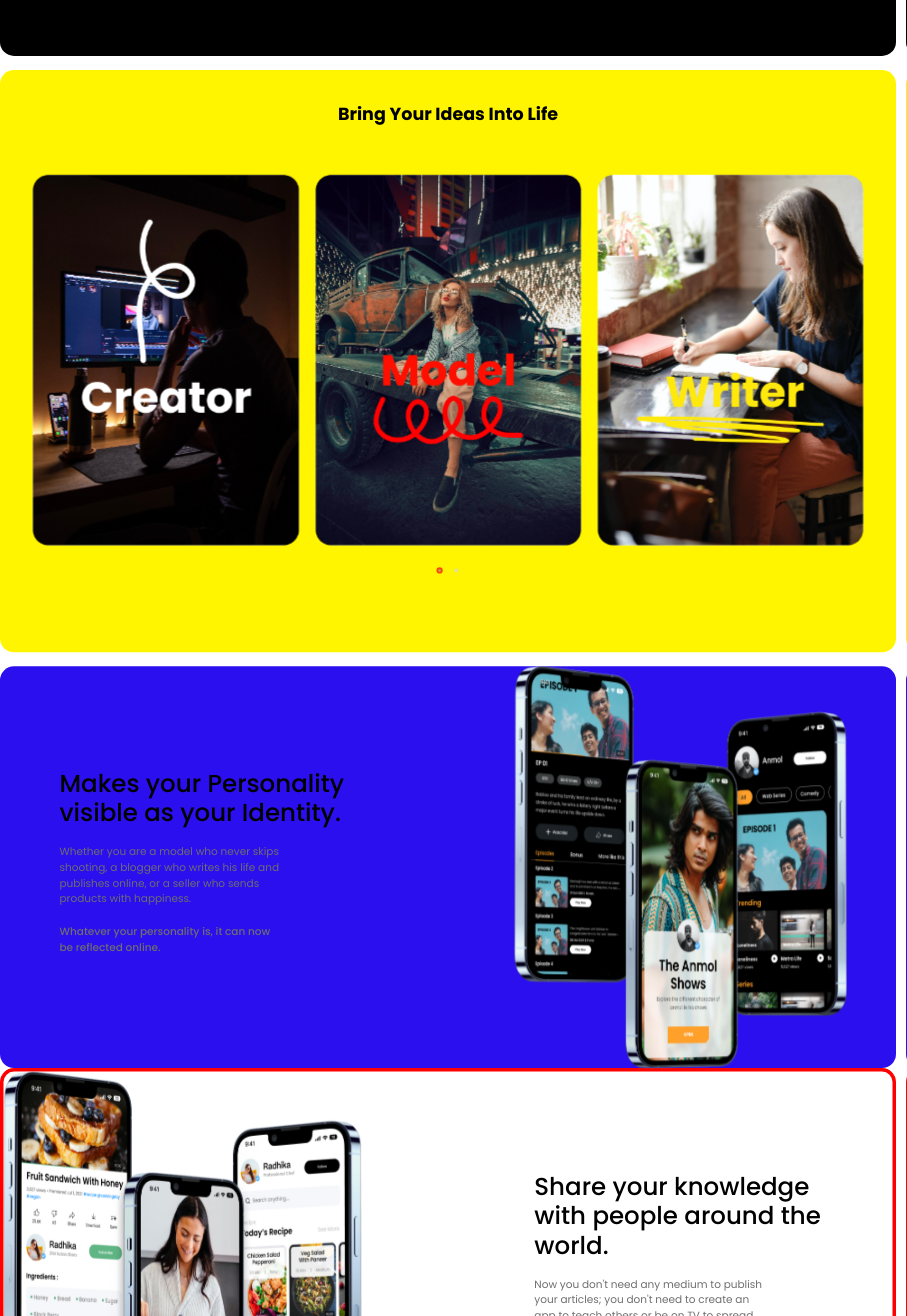
Repository: itsmesikandar/swavy.in.github.io
Page: index.html
The author's editor kept a copy of each file at every save. The page is drawn from the files as they stood at one save, then again after the next save.
The browser window is 1280 px wide. The page is 1295 px wide, so the pictures cover 1295 px, including what lies to the right of the window. The pictures show the part of the page from y = 1337 to 3217 px (the page is 4875 px tall before and 4796 px after), at 70% of full size.

Above is the page before, as saved 2023-02-22 23:54:46.
Console error: TypeError: Cannot read properties of undefined (reading 'fn')

### index.html
<!DOCTYPE html>
<html lang="en">
<head>
  <title>Swavy</title>

  <meta charset="UTF-8">
  <meta name="viewport" content="width=device-width, initial-scale=1.0">
  <meta http-equiv="X-UA-Compatible" content="ie=edge">
  <link rel="stylesheet" href="vendors/owl-carousel/css/owl.carousel.min.css">
  <link rel="stylesheet" href="vendors/owl-carousel/css/owl.theme.default.css">
  <link rel="stylesheet" href="vendors/mdi/css/materialdesignicons.min.css">
  <link rel="stylesheet" href="vendors/aos/css/aos.css">
  <link rel="stylesheet" href="css/style.min.css">
  <link rel="stylesheet" href="css/style.css">
  <link rel="stylesheet"
        href="https://cdnjs.cloudflare.com/ajax/libs/OwlCarousel2/2.3.4/assets/owl.carousel.min.css"
        integrity="sha512-tS3S5qG0BlhnQROyJXvNjeEM4UpMXHrQfTGmbQ1gKmelCxlSEBUaxhRBj/EFTzpbP4RVSrpEikbmdJobCvhE3g=="
        crossorigin="anonymous" />
  <link rel="stylesheet"
        href="https://cdnjs.cloudflare.com/ajax/libs/OwlCarousel2/2.3.4/assets/owl.theme.default.min.css"
        integrity="sha512-sMXtMNL1zRzolHYKEujM2AqCLUR9F2C4/05cdbxjjLSRvMQIciEPCQZo++nk7go3BtSuK9kfa/s+a4f4i5pLkw=="
        crossorigin="anonymous" />

</head>
<body id="body" data-spy="scroll" data-target=".navbar" data-offset="100">
  <header id="header-section">
    <nav class="navbar navbar-expand-lg pl-3 pl-sm-0 py-4" id="navbar">
    <div class="container">
      <div class="navbar-brand-wrapper d-flex ">
        <h4 style="color:rgb(253, 81, 1); font-size: 18px;">#NotJustSocialMedia</h4>
      </div>
    </div>
    </nav>
  </header>
  <div class="banner" >
    <div class="container-fluid">
      <h1 class="font-weight-semibold margin-top" id="ht">Discover<br>The Best Form Of Yourself</h1>
      <h5 class="font-weight-normal text-muted pb-3">Where humans create themselves, not Platform.</h5>
      <img src="images/hero-img.png" alt="" class="img-fluid">
    </div>
  </div>
      <div class="content-wrapper ">
        <div class="container-fluid">




          <section class="features-overview bg_color_first " id="features-section" >
            <!-- <div class="content-header">
              <h3><b>Bored seeing same profiles design?</b></h3>
              <h6 class="section-subtitle text-muted">Billions others too, What if i say<br>You can have your website as your social identity! for free.</h6>
            </div> -->

            <!-- <div class="contact-us" id="contact-section">
              <div class="container">
                <div class=" contact-upper" >
                  <div data-aos="fade-up">
                    <div class="col-12  offset-sm-3 col-sm-6 offset-sm-3 offset-lg-3 col-lg-6 offset-lg-3 ">
                      <form name="submit-to-google-sheet" id="myFormm">
                        <div class="">
                          <input type="email" placeholder="Enter your email address" />
                          <button type="submit" class="btn btn-danger r-20 font-weight-medium">Get Early Access</button>
                       </div>
                         <input type="email" name="Email" class="input-form-control r-20" id="Email" placeholder="Enter your email address">
                        <div class="pt-3">
                          <button type="submit" class="btn btn-danger r-20 font-weight-medium">Get Early Access</button>
                        </div>
                      </form>
                    </div>
                  </div>
                </div>
              </div>
            </div> -->

            <div class="content-header  ">
              <h4 class="section-subtitle color-white"><b>Where you can</b></h4>
              <h4 class="color-white"><b>Show what you are but better.</b></h4>
            </div>

            <div class="d-md-flex justify-content-between mx-5">
              <div class="grid-margin justify-content-center bg_color_white box-shadow-3d-a mx-5 px-2">
                <div class="features-width text-center py-3 pt-5">
                  <img src="images/nomore.png" width="100" height="100" alt="" class="img-icons">
                  <h5 class="py-3 font-weigh-sub">No More<br>Default Profiles</h5>
                  <p class="text-muted font-wt-p">Forget that default profile design that matches with Billions other!</p>
                </div>
              </div>
              <div class="grid-margin  justify-content-center bg_color_white box-shadow-3d-b mx-5 px-2">
                <div class="features-width text-center py-3 pt-5">
                  <img src="images/noplatform.jpg" width="100" height="100" alt="" class="img-icons">
                  <h5 class="py-3 font-weigh-sub">No Need Of<br>Different Platform</h5>
                  <p class="text-muted font-wt-p">Does platform limits you expression: some allows video, image or text only?
                  </p>
                </div>
              </div>
              <div class="grid-margin justify-content-center bg_color_white box-shadow-3d-c mx-5 px-2">
                <div class="features-width text-center py-3 pt-5">
                  <img src="images/tenent.png" width="100" height="100" alt="" class="img-icons">
                  <h5 class="py-3 font-weigh-sub">You No Need<br>To Live As Tenant</h5>
                  <p class="text-muted font-wt-p">Own your virtual identity, like you own your real life.~Web+Domain, for free.</p>
                </div>
              </div>
            </div>
          </section>


          <section class=" features-overview customer-feedback bg_color_second" id="feedback-section">
            <div class="row">
              <div class="col-12 text-center pb-5">

                <h4 class="section-subtitle mt-5"><b>Bring Your Ideas Into Life</b></h4>

              </div>

              <div class="col-12 pa-5">
                <div class="owl-carousel owl-theme grid-margin">
                  <div class="card customer-cards">
                    <img src="images/educator.png"  alt="" >
                  </div>
                  <div class="card customer-cards">
                    <img src="images/creator.png"  alt="" >
                  </div>
                  <div class="card customer-cards">
                    <img src="images/model.png"  alt="" >
                  </div>
                  <div class="card customer-cards">
                    <img src="images/writer.png"  alt="" >
                  </div>
                </div>
              </div>
            </div>
          </section>

          <section class="features-overview bg_color_third " id="features-section" >
            <div class="container">
              <div class="row align-items-center">
                <div class="col-12 col-lg-7 grid-margin grid-margin-lg-0 align-left" data-aos="fade-right">
                  <h2 class="m-0 ">Makes your Personality<br>visible as your Identity.</h2>
                  <div class="col-lg-7 col-xl-6 p-0">
                    <p class="py-4 m-0 text-muted">Whether you are a model who never skips shooting, a blogger who writes his life and publishes online, or a seller who sends products with happiness.</p>
                    <p class="font-weight-medium text-muted">Whatever your personality is, it can now be reflected online.</p>
                  </div>
                </div>
                <div class="col-12 col-lg-5 p-0 img-digital grid-margin grid-margin-lg-0" data-aos="fade-left">
                  <div class="carousel slide" data-ride="carousel">
                    <div class="carousel-inner">
                      <div class="carousel-item active">
                        <img src="images/vlog.png" alt="" class="img-fluid d-block w-100">
                      </div>
                      <div class="carousel-item ">
                        <img src="images/show.png" alt="" class="img-fluid d-block w-100">
                      </div>
                      <div class="carousel-item ">
                        <img src="images/podcast.png" alt="" class="img-fluid d-block w-100">
                      </div>
                      <div class="carousel-item ">
                        <img src="images/sell.png" alt="" class="img-fluid d-block w-100">
                      </div>
                    </div>
                  </div>
                </div>
              </div>
            </div>
          </section>


      <section class="digital-marketing-service bf_color_third border-to" id="digital-marketing-section">


        <div class="row align-items-center">
          <div class="col-12 col-lg-5 text-center flex-item grid-margin" data-aos="fade-right">
            <div class="carousel slide" data-ride="carousel">
              <div class="carousel-inner">
                <div class="carousel-item active">
                  <img src="images/class.png" alt="" class="img-fluid d-block w-100">
                </div>
                <div class="carousel-item ">
                  <img src="images/radhika.png" alt="" class="img-fluid d-block w-100">
                </div>
                <div class="carousel-item ">
                  <img src="images/news.png" alt="" class="img-fluid d-block w-100">
                </div>
              </div>
            </div>
          </div>
          <div class="col-12 offset-lg-2 col-lg-5 flex-item grid-margin align-left data-aos="fade-left">
            <h2 class="m-0 ">Share your knowledge<br> with people around the world.</h2>
            <div class="col-lg-9 col-xl-8 p-0">
              <p class="py-4 m-0 text-muted">Now you don't need any medium to publish your articles; you don't need to create an app to teach others or be on TV to spread your cooking skills.</p>
              <p class="pb-2 font-weight-medium text-muted">Just create, design and share with everyone, for free.</p>
            </div>
          </div>
        </div>
      </section>



      <section class="case-studies" id="case-studies-section">
        <div class="row ">
          <div class="col-12 text-center pb-5">
            <h2><b>Be the human that exist in real world.</b></h2>
          </div>
          <div class="col-12 col-md-6 col-lg-4 stretch-card mb-3 mb-lg-3" data-aos="zoom-in">
            <div class="card customer-cards">
              <div class="card-body">
                <div class="text-center">
                  <img src="images/ticket.png" width="100" height="100" alt="" class="img-customer">
                  <div class="content-divider m-auto"></div>
                  <h6 class="card-title pt-3">Get your tickets</h6>
                  <p class="m-0 py-3 text-muted">Get onboard and experience to own yourself on Internet. Either get an invite from friend or Join the waitlist to early access.</p>
                </div>
              </div>
            </div>
          </div>
          <div class="col-12 col-md-6 col-lg-4 stretch-card mb-3 mb-lg-3" data-aos="zoom-in" data-aos-delay="200">
            <div class="card customer-cards">
              <div class="card-body">
                <div class="text-center">
                  <img src="images/create.jpg" width="100" height="100" alt="" class="img-customer">
                  <div class="content-divider m-auto"></div>
                  <h6 class="card-title pt-3">Create yourself</h6>
                  <p class="m-0 py-3 text-muted">Describe your personality, Enter your content and get yourself an identity which is as unique as you out of Billions.</p>
                </div>
              </div>
            </div>
          </div>
          <div class="col-12 col-md-6 col-lg-4 stretch-card mb-3 mb-lg-3" data-aos="zoom-in" data-aos-delay="400">
            <div class="card customer-cards">
              <div class="card-body">
                <div class="text-center">
                  <img src="images/design.jpg" width="100" height="100" alt="" class="img-customer">
                  <div class="content-divider m-auto"></div>
                  <h6 class="card-title pt-3">Design your personality</h6>
                  <p class="m-0 py-3 text-muted">Find your style in our templates curate your content and done. If not satisfy can change font/size/color/layout as your wish.</p>
                </div>
              </div>
            </div>
          </div>
          <div class="col-12 col-md-6 col-lg-4 stretch-card mb-3 mb-lg-3" data-aos="zoom-in" data-aos-delay="600">
            <div class="card customer-cards">
              <div class="card-body">
                <div class="text-center">
                  <img src="images/own.jpg" width="100" height="100" alt="" class="img-customer">
                  <div class="content-divider m-auto"></div>
                  <h6 class="card-title pt-3">Own your identity</h6>
                  <p class="m-0 py-3 text-muted">Get your online presence in your hand, link it with domain, for free* and let yourself be discovered on the Internet.</p>
                </div>
              </div>
            </div>
          </div>
          <div class="col-12 col-md-6 col-lg-4 stretch-card mb-3 mb-lg-3" data-aos="zoom-in" data-aos-delay="400">
            <div class="card customer-cards">
              <div class="card-body">
                <div class="text-center">
                  <img src="images/friends.jpg" width="100" height="100" alt="" class="img-customer">
                  <div class="content-divider m-auto"></div>
                  <h6 class="card-title pt-3">Meet your friends</h6>
                  <p class="m-0 py-3 text-muted">Where you are not just a profile but individual. Who can chat and stay in touch with your friends while being what you are and what you think.</p>
                </div>
              </div>
            </div>
          </div>
          <div class="col-12 col-md-6 col-lg-4 stretch-card mb-3 mb-lg-3" data-aos="zoom-in" data-aos-delay="600">
            <div class="card customer-cards">
              <div class="card-body">
                <div class="text-center">
                  <img src="images/goalive.png" width="100" height="100" alt="" class="img-customer">
                  <div class="content-divider m-auto"></div>
                  <h6 class="card-title pt-3">No profiles just you!</h6>
                  <p class="m-0 py-3 text-muted">Whether a writer or a model, now you have your own ground which you created - a Website. Just share with your friends and play together in the world you own.</p>
                </div>
              </div>
            </div>
          </div>
        </div>
      </section>
    </div>

    <section class="contact-us" id="contact-section">
      <div class="container">
        <div class="contact-us-bgimage grid-margin " >
          <div class="pb-4">
            <h3 class="px-3 px-md-0 m-0 fw" data-aos="fade-down">Invited Members Can Only Access!<br>Join Our Waitlist.</h3>
          </div>
          <div data-aos="fade-up">
            <div class="col-12  offset-sm-3 col-sm-6 offset-sm-3 offset-lg-4 col-lg-4 offset-lg-4 ">
              <form name="submit-to-google-sheet" id="myForm">
                <input type="email" name="Email" class="input-form-control r-20" id="Email" placeholder="Email id">
                <div class="pt-3">
                  <button type="submit" class="btn btn-danger font-weight-medium r-20">Get Early Access</button>
                </div>
              </form>
            </div>
          </div>
        </div>
      </div>
    </section>
  </div>

  <script>
       !function(){var analytics=window.analytics=window.analytics||[];if(!analytics.initialize)if(analytics.invoked)window.console&&console.error&&console.error("Segment snippet included twice.");else{analytics.invoked=!0;analytics.methods=["trackSubmit","trackClick","trackLink","trackForm","pageview","identify","reset","group","track","ready","alias","debug","page","once","off","on","addSourceMiddleware","addIntegrationMiddleware","setAnonymousId","addDestinationMiddleware"];analytics.factory=function(e){return function(){var t=Array.prototype.slice.call(arguments);t.unshift(e);analytics.push(t);return analytics}};for(var e=0;e<analytics.methods.length;e++){var key=analytics.methods[e];analytics[key]=analytics.factory(key)}analytics.load=function(key,e){var t=document.createElement("script");t.type="text/javascript";t.async=!0;t.src="https://cdn.segment.com/analytics.js/v1/" + key + "/analytics.min.js";var n=document.getElementsByTagName("script")[0];n.parentNode.insertBefore(t,n);analytics._loadOptions=e};analytics._writeKey="sy1jEkZRdvqaCf5dOWhj4yyXbsgHlnL4";;analytics.SNIPPET_VERSION="4.15.3";
        analytics.load("sy1jEkZRdvqaCf5dOWhj4yyXbsgHlnL4");
        analytics.page();
        }}();


    const scriptURL = 'https://script.google.com/macros/s/AKfycbxXpgQgQMZqhFNl4IiDehqWTr5-PkKsvUA7oIWJAg1q1VEVA7wHIRvszY07XR8cTBPduQ/exec'
    const form = document.forms['submit-to-google-sheet']
    //const formm = document.forms['submit-to-google-sheet']
    const fr = document.getElementById("myForm")
    //const frr = document.getElementById("myFormm")

    // formm.addEventListener('submit', e => {
    //   e.preventDefault()
    //   fetch(scriptURL, { method: 'POST', body: new FormData(formm)})
    //     .then(response =>
    //     frr.reset())
    //     .catch(error => console.error('Error###', error.message))
    // })

    form.addEventListener('submit', e => {
      e.preventDefault()
      fetch(scriptURL, { method: 'POST', body: new FormData(form)})
        .then(response =>
        fr.reset())
        .catch(error => console.error('Error!!!!!!', error.message))
    })

  </script>
  <script src="https://cdnjs.cloudflare.com/ajax/libs/OwlCarousel2/2.3.4/owl.carousel.min.js"
  integrity="sha512-bPs7Ae6pVvhOSiIcyUClR7/q2OAsRiovw4vAkX+zJbw3ShAeeqezq50RIIcIURq7Oa20rW2n2q+fyXBNcU9lrw=="
  crossorigin="anonymous"></script>
  <script src="vendors/jquery/jquery.min.js"></script>
  <script src="vendors/bootstrap/bootstrap.min.js"></script>
  <script src="vendors/owl-carousel/js/owl.carousel.min.js"></script>
  <script src="vendors/aos/js/aos.js"></script>
  <script src="js/landingpage.js"></script>
</body>
</html>

### js/landingpage.js
// HEADER ANIMATION
window.onscroll = function() {scrollFunction()};
var element = document.getElementById("body");
function scrollFunction() {
  if (document.body.scrollTop > 400 || document.documentElement.scrollTop > 400) {
      $(".navbar").addClass("fixed-top");
      element.classList.add("header-small");
      $("body").addClass("body-top-padding");

  } else {
      $(".navbar").removeClass("fixed-top");
      element.classList.remove("header-small");
      $("body").removeClass("body-top-padding");
  }
}

// OWL-CAROUSAL
$('.owl-carousel').owlCarousel({
    items: 3,
    loop:true,
    nav:false,
    dot:true,
    autoplay: true,
    slideTransition: 'linear',
    autoplayHoverPause: true,
    responsive:{
      0:{
          items:1
      },
      600:{
          items:2
      },
      1000:{
          items:3
      }
  }
})

// SCROLLSPY
$(document).ready(function() {
  $(".nav-link").click(function() {
      var t = $(this).attr("href");
      $("html, body").animate({
          scrollTop: $(t).offset().top - 75
      }, {
          duration: 1000,
      });
      $('body').scrollspy({ target: '.navbar',offset: $(t).offset().top });
      return false;
  });

});

// AOS
AOS.init({
    offset: 120,
    delay: 0,
    duration: 1200,
    easing: 'ease',
    once: true,
    mirror: false,
    anchorPlacement: 'top-bottom',
    disable: "mobile"
  });

//SIDEBAR-OPEN
  $('#navbarSupportedContent').on('hidden.bs.collapse', function () {
    $("body").removeClass("sidebar-open");
  })

  $('#navbarSupportedContent').on('shown.bs.collapse', function () {
    $("body").addClass("sidebar-open");
  })


  window.onresize = function() {
    var w = window.innerWidth;
    if(w>=992) {
      $('body').removeClass('sidebar-open');
      $('#navbarSupportedContent').removeClass('show');
    }
  }

Loaded but not shown: vendors/owl-carousel/css/owl.carousel.min.css (library); vendors/owl-carousel/css/owl.theme.default.css (common file); vendors/mdi/css/materialdesignicons.min.css (library); vendors/aos/css/aos.css (library); css/style.min.css (library); css/style.css (library); vendors/jquery/jquery.min.js (library); vendors/bootstrap/bootstrap.min.js (library); vendors/owl-carousel/js/owl.carousel.min.js (library); vendors/aos/js/aos.js (library)

After the next save:
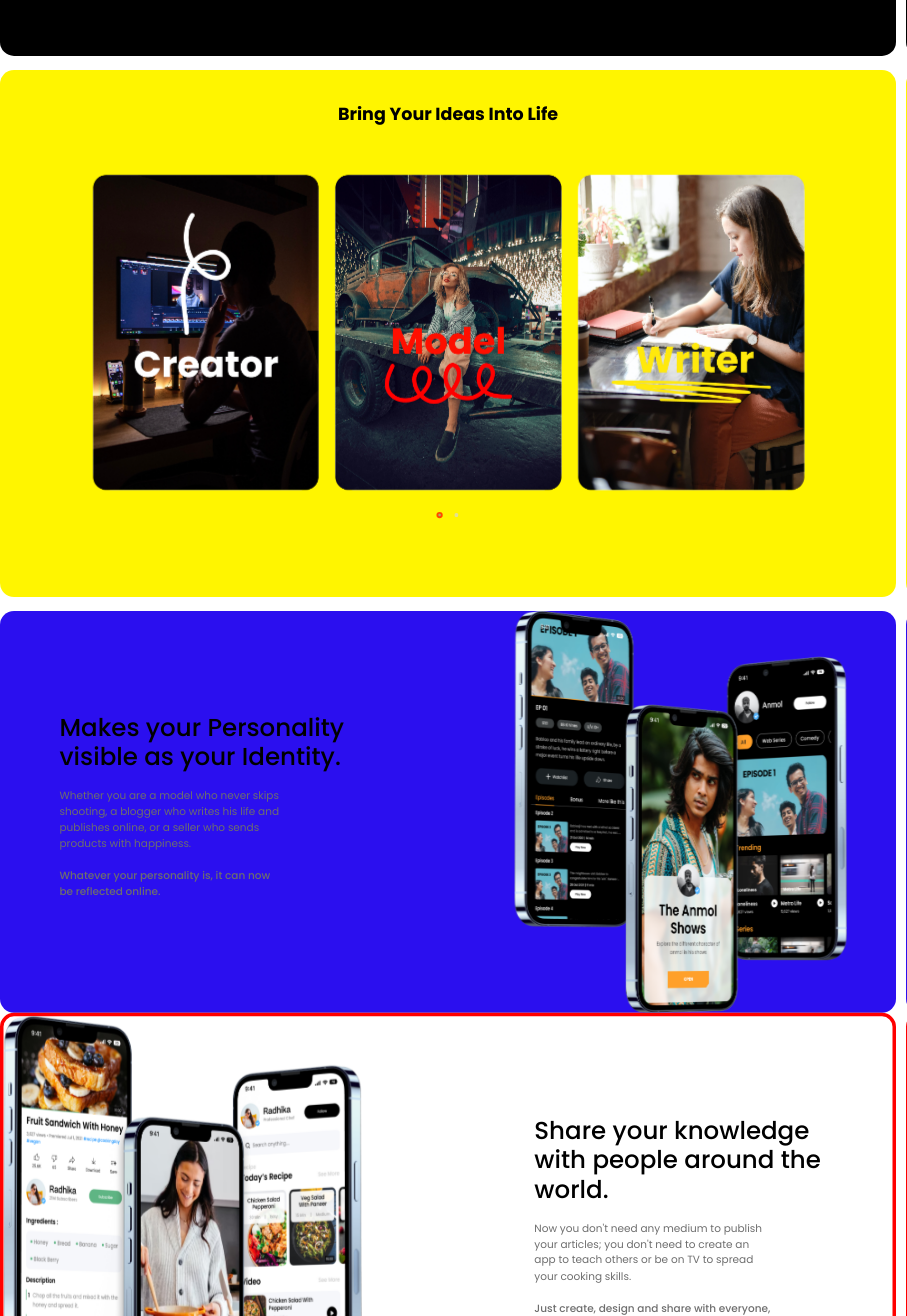
Saved 38 s later.
--- a/index.html
+++ b/index.html
@@ -105,30 +105,33 @@
 
 
           <section class=" features-overview customer-feedback bg_color_second" id="feedback-section">
-            <div class="row">
-              <div class="col-12 text-center pb-5">
-
-                <h4 class="section-subtitle mt-5"><b>Bring Your Ideas Into Life</b></h4>
-
-              </div>
-
-              <div class="col-12 pa-5">
-                <div class="owl-carousel owl-theme grid-margin">
-                  <div class="card customer-cards">
-                    <img src="images/educator.png"  alt="" >
+            <div class="container">
+              <div class="row">
+                <div class="col-12 text-center pb-5">
+
+                  <h4 class="section-subtitle mt-5"><b>Bring Your Ideas Into Life</b></h4>
+
+                </div>
+
+                <div class="col-12 pa-5">
+                  <div class="owl-carousel owl-theme grid-margin">
+                    <div class="card customer-cards">
+                      <img src="images/educator.png"  alt="" >
+                    </div>
+                    <div class="card customer-cards">
+                      <img src="images/creator.png"  alt="" >
+                    </div>
+                    <div class="card customer-cards">
+                      <img src="images/model.png"  alt="" >
+                    </div>
+                    <div class="card customer-cards">
+                      <img src="images/writer.png"  alt="" >
+                    </div>
                   </div>
-                  <div class="card customer-cards">
-                    <img src="images/creator.png"  alt="" >
-                  </div>
-                  <div class="card customer-cards">
-                    <img src="images/model.png"  alt="" >
-                  </div>
-                  <div class="card customer-cards">
-                    <img src="images/writer.png"  alt="" >
-                  </div>
-                </div>
-              </div>
-            </div>
+                </div>
+              </div>
+            </div>
+
           </section>
 
           <section class="features-overview bg_color_third " id="features-section" >
